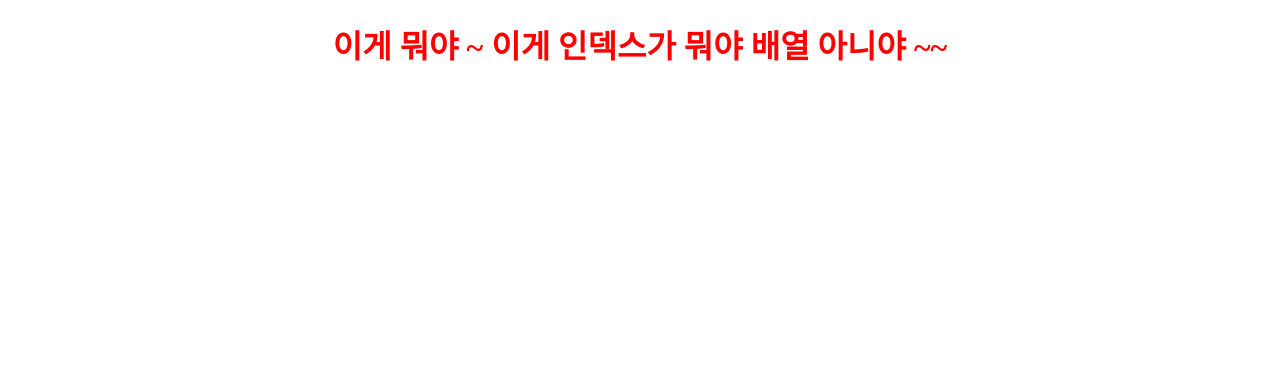
Repository: MiadongDeersfeet/webservice
Page: MyFirstWebProject/src/main/webapp/index.html
The author's editor kept a copy of each file at every save. The page is drawn from the files as they stood at one save, then again after the next save.
The browser window is 1280 px wide. The pictures show the whole page.

Above is the page before, as saved 2025-09-22 07:09:38.

### MyFirstWebProject/src/main/webapp/index.html
<!DOCTYPE html>
<html>
<head>
<meta charset="UTF-8">
<title>안녕하세요 인 덱스입니다.</title>
<style>
h1 {
	color : red;
	text-align: center;
}
</style>
</head>
<body>
<!--
	1) 새로운 워크스페이스를 만들어서 이클립스로 열기

	2) 작업 환경 구성

		2_1) 보여질 U.I를 구성

		2_2) 서버 실행환경 구성[Window - Preferences]
		(Server - Runtime Environments)
		이클립스 상에서 서버를 실행할 수 있도록 실행환경을 연동하는 과정
		Add버튼 클릭 -> 설치한 ApacheTomcat과 동일한 버전 선택 -> Next버튼 클릭
		-> Browse버튼 클릭 -> 설치한 톰캣 폴더 선택 -> Finish버튼 클릭

	3) 서버 생성하기

		3_1) [Servers] - [New] - {Server}

		3_2) 창에 기본적으로 2_2에서 세팅해놓은 Runtime이 잡혀있을 것

		3_3) Finish버튼 클릭

		3_4) 서버 세팅하기(만들어진 서버 더블클릭)

			3_4_1) 왼쪽하단에 ServerOption탭에 Serve Module Publishing 체크
			=> file upload / download 경로 지정이 운영체제 상 숨김폴더로 지정
			=> 이것을 숨김폴더가 아니라 우리 프로젝트 폴더에서 직접 관리하려고 하는 겁니다.

			3_4_2) 포트번호를 바꿔야한다면 재설정 => 작업이 끝나면 "반드시" 저장

		4) Dynamic Web Project 만들기 [Project Explorer - new]

			4_1) 프로젝트명 신중하게 만들기 - Next

			4_2) default output folder 경로 재설정 :
				src/main/webapp/WEB_INF/classes
			=> classes라는 폴더 안에 컴파일이 끝난 .class파일이 들어감
			WEB-INF 안에 만들어두지 않으면 외부에서 접근이 가능하기 때문에 보안상 위험함

			4_3) Context root : 애플리케이션만의 고유한 이름으로 지어줄 것(기본값 : 프로젝트명)
			재정의해서 쓰는 것이 보편적이고 실제로 자주 바뀔 수 있음
			=> 하나의 서버로 여러 개의 애플리케이션을 구동할 수 있음
			고유한 이름을 통해 애플리케이션에 접근하는 경로로 사용할 수 있음

			Content Directory : 실제로 배포되는 폴더(서버에 올라가는 폴더)의 최상위 폴더명!
			=> 변경 시 default output folder로 돌아가서 그 쪽도 변경해야함

			Generate web.xml deployment descriptor : 기본적으로는 체크가 안돼있음
			=> web.xml에는 애플리케이션 전체 정보가 들어있음(메인페이지 지정)
			굳이 바꿀 일 없어~~~하면은 안만들어도 무방
			혹시나 수정을 할 수도 있고 공부를 해야하니까 꼭 만들자!!!!

			Finish 버튼 클릭

			5) 새로 만들어진 Project 확인하기

				5_1) src - main - webapp - 'WEB-INF' - classes 폴더 잘 있나

				5_2) src - main - webapp - 'WEB-INF' - web.xml 잘 있나

				5_3) src - main - webapp - index.html파일 만들기

			6) 생성해놓은 Server에 올리기

				[Servers] -> Server 오른쪽 클릭 -> Add and Remove -> 왼쪽에서 선택 후 클릭 -> Finish

			7) 서버 실행 잘 되는 거 확인했으면 브라우저 켜서 URL요청 보내서 index 파일 잘 나오나 확인

 -->


	<h1>이게 뭐야 ~ 이게 인덱스가 뭐야 배열 아니야 ~~</h1>
</body>
</html>

After the next save:
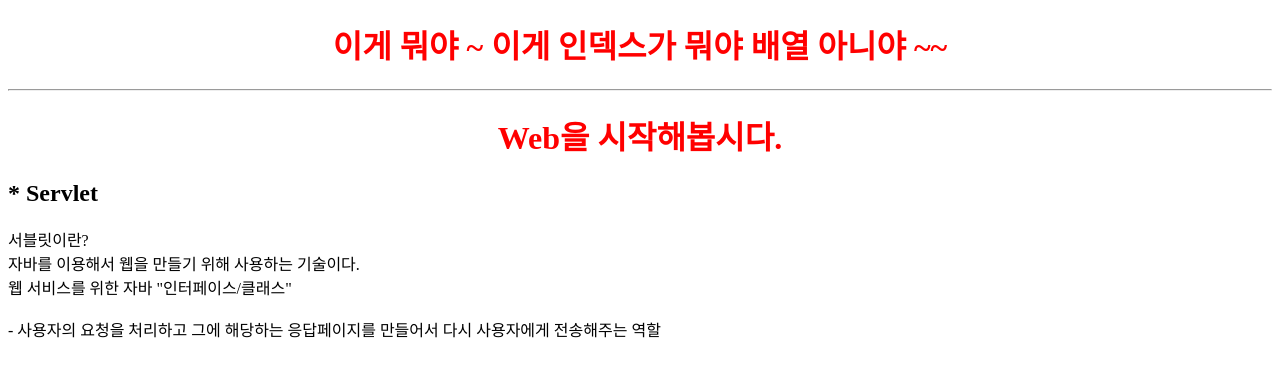
Saved 6 min 19 s later.
--- a/MyFirstWebProject/src/main/webapp/index.html
+++ b/MyFirstWebProject/src/main/webapp/index.html
@@ -82,5 +82,24 @@ h1 {
 
 
 	<h1>이게 뭐야 ~ 이게 인덱스가 뭐야 배열 아니야 ~~</h1>
+
+	<hr>
+
+	<h1>Web을 시작해봅시다.</h1>
+
+	<h2>* Servlet </h2>
+
+	<p>
+		서블릿이란? <br>
+		자바를 이용해서 웹을 만들기 위해 사용하는 기술이다. <br>
+		웹 서비스를 위한 자바 "인터페이스/클래스" <br><br>
+
+		- 사용자의 요청을 처리하고 그에 해당하는 응답페이지를 만들어서
+		  다시 사용자에게 전송해주는 역할
+
+	</p>
+
+
+
 </body>
 </html>
